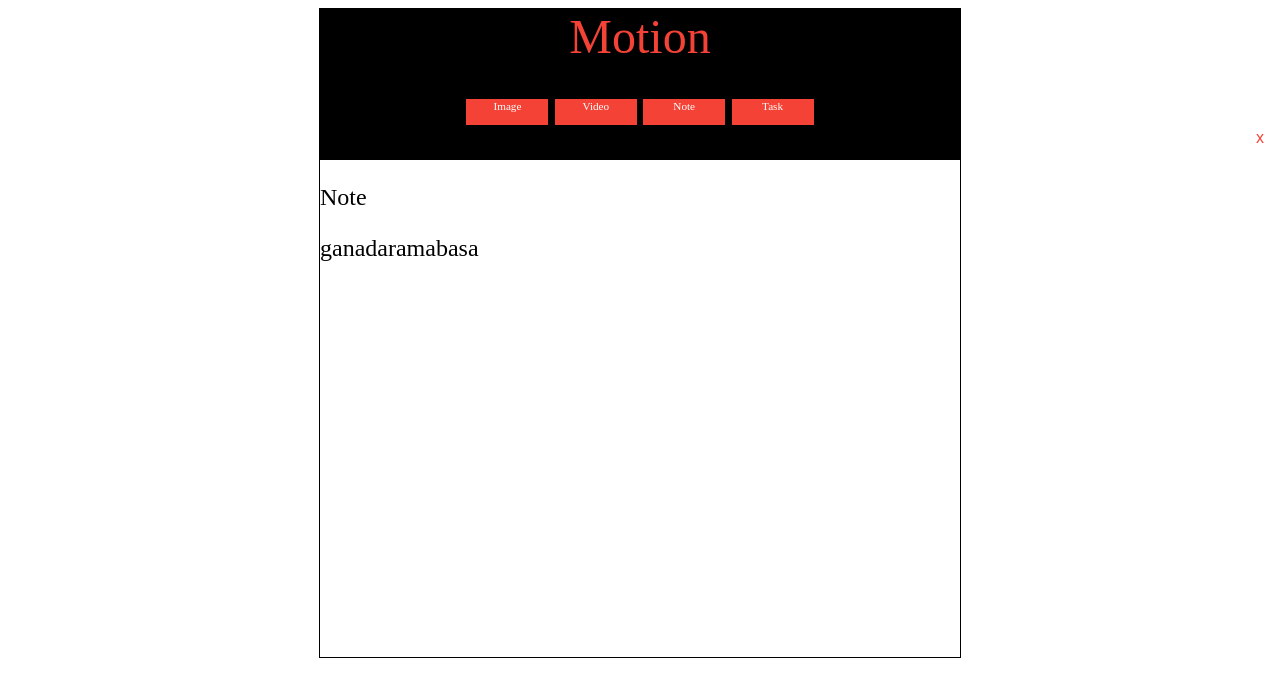
Repository: DevMinwoo-Jung/typescript
Page: motion/index.html
The author's editor kept a copy of each file at every save. The page is drawn from the files as they stood at one save, then again after the next save.
The browser window is 1280 px wide. The pictures show the whole page.

Above is the page before, as saved 2021-10-12 14:52:22.

After the next save:
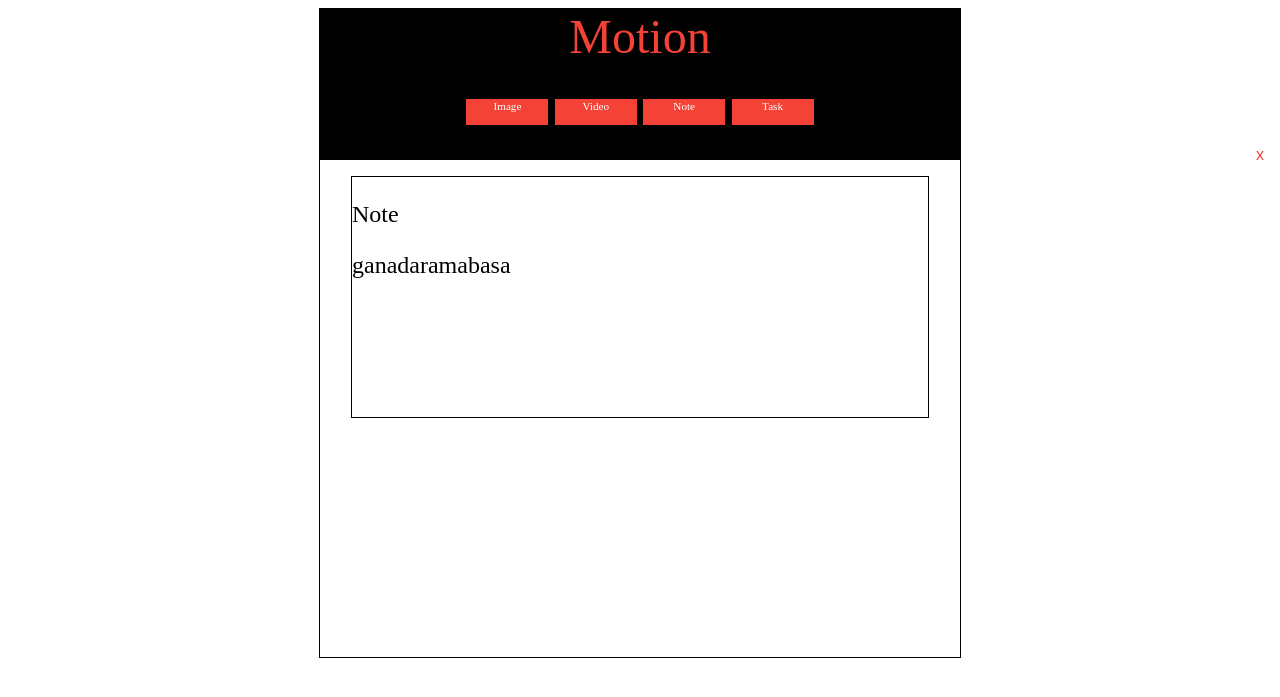
Saved 20 s later.
--- a/motion/index.module.css
+++ b/motion/index.module.css
@@ -81,7 +81,7 @@
   height: 100%;
 }
 
-.note__div {
+.note__box {
   width: 90%;
   height: 15rem;
   border: 1px solid;
